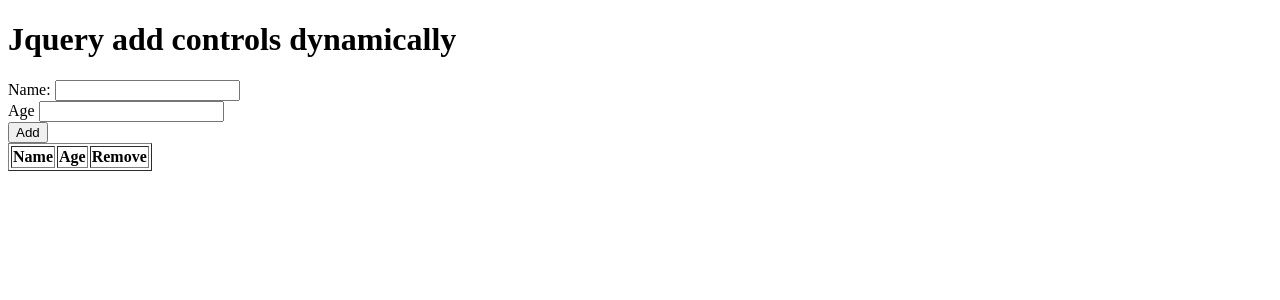
Repository: Padminivittal/Padmini-MWB
Page: MWB Day1/WebContent/lab4.html
An editor plug-in stored every save of this project. The page is shown before and after the next save, followed by the edit.
The browser window is 1280 px wide. The pictures show the whole page.

Above is the page before, as saved 2012-07-20 10:57:03.

After the next save:
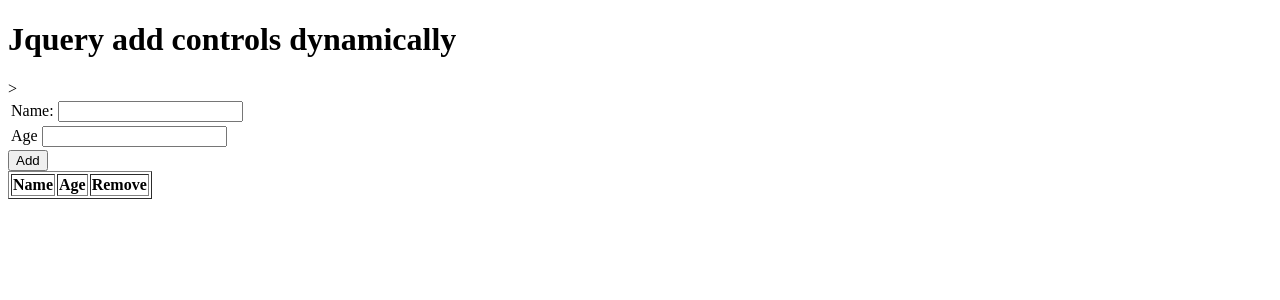
Saved 11 min 49 s later.
--- a/MWB Day1/WebContent/lab4.html
+++ b/MWB Day1/WebContent/lab4.html
@@ -40,12 +40,18 @@ background:lightblue;
 </head>
 <h1>Jquery add controls dynamically</h1>
 <body>
+<table><tr>><td>
 <label for="name">Name:</label>
 <input type="text"  id="name"/>
 <br>
-<label for="age">Age</label>
+</td>
+</tr><tr>
+<td><label for="age">Age</label>
 <input type="text" id="age"  />
 <br>
+</td></tr></table>
+
+
 <input type="button" value="Add" id="btnAdd"/>
 <br>
 <div id="People">
@@ -59,6 +65,7 @@ Age
 </th>
 <th>
 Remove
+
 </th>
 </tr>
 </table>
